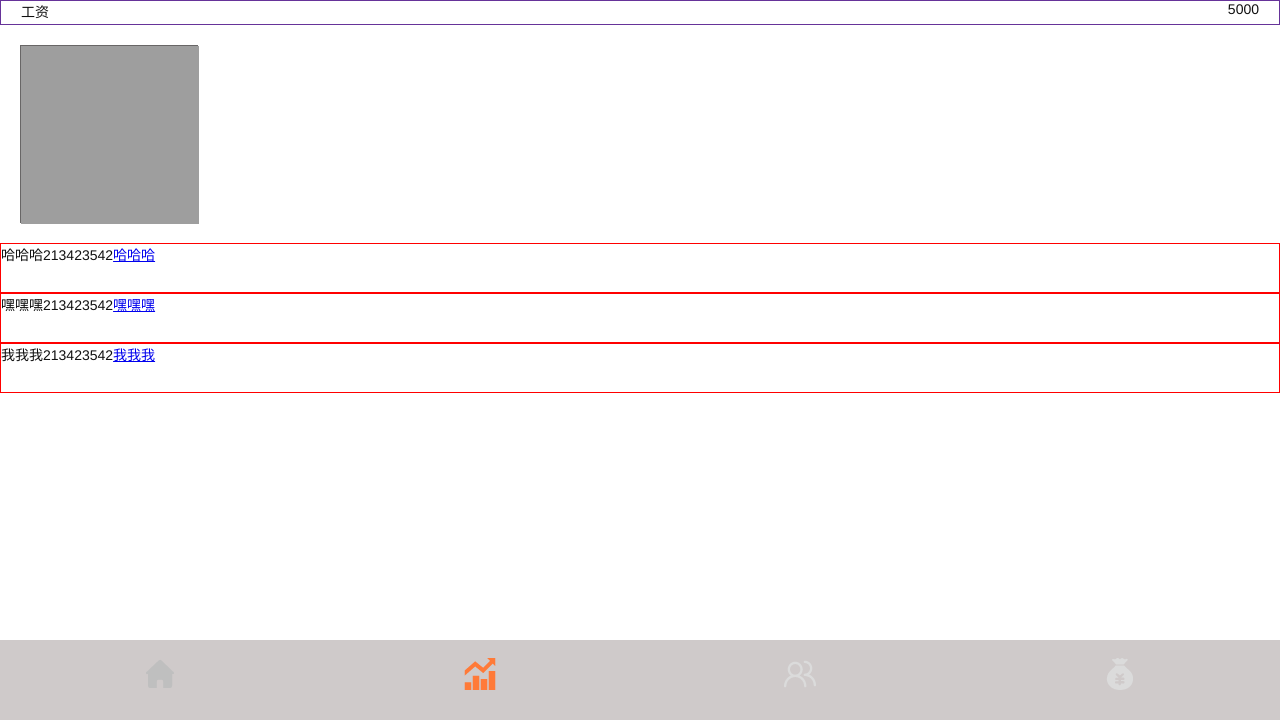
Repository: panlin520-team/lnmj-staffH5
Page: /#/salary
The author's editor kept a copy of each file at every save. The page is drawn from the files as they stood at one save, then again after a run of saves.
The browser window is 1280 px wide. The pictures show the whole page.
Pictures or frames that could not be fetched are drawn as grey boxes. The project was rebuilt for these pictures with package versions that can differ from the ones it lists, and the page was loaded fresh each time. Also part of the build but not shown: src/views/Lojin.vue.

Above is the page before, as saved 2020-04-09 16:18:36.

### src/main.js
import Vue from 'vue'
import App from './App.vue'
import router from './router'
import store from './store'
import ElementUI from 'element-ui'
import '@/assets/scss/reset.less'
import 'element-ui/lib/theme-chalk/index.css';
Vue.use(ElementUI)


Vue.config.productionTip = false

new Vue({
  router,
  store,
  render: h => h(App)
}).$mount('#app')

### src/App.vue
<template>
  <div id="app">
    <router-view />
  </div>
</template>
<script>
export default {
  data() {
    return {
    };
  },
  created() {},
  methods: {
  }
};
</script>
<style lang="less">
</style>

### src/router/index.js
import Vue from 'vue'
import VueRouter from 'vue-router'
import Lojin from '../views/Lojin.vue'

Vue.use(VueRouter)

const routes = [
  //首页登录
  {
    path: '/',
    name: 'Lojin',
    component: Lojin
  },
  //首页登录
  {
    path: '/Lojin',
    name: 'Lojin',
    component: Lojin
  },
  //用户注册
  {
    path: '/register',
    name: 'Register',
    component: () => import('../views/Register.vue')
  },
  //用户忘记密码
  {
    path: '/forgetpassword',
    name: 'Forgetpassword',
    component: () => import('../views/Forgetpassword.vue')
  },
  //登录首页
  {
    path: '/homepage',
    name: 'Homepage',
    component: () => import('../views/Homepage.vue')
  },
  //业绩
  {
    path: '/performance',
    name: 'Performance',
    component: () => import('../views/Performance.vue')
  },
  //组员
  {
    path: '/crew',
    name: 'Crew',
    component: () => import('../views/Crew.vue')
  },
  //工资
  {
    path: '/salary',
    name: 'Salary',
    component: () => import('../views/Salary.vue')
  },
]

const router = new VueRouter({
  routes
})

export default router

### src/assets/scss/reset.less
* {
  margin: 0;
  padding: 0;
}

div {
  box-sizing: border-box;
  -webkit-tap-highlight-color: rgba(0, 0, 0, 0);
  // -webkit-user-select: none;
}

img {
  border: 0;
}

ul,
ol {
  list-style: none;
}

textarea {
  // 禁止调节文本域尺寸
  resize: none;
  outline-style: none;
  -webkit-appearance: none;
}

input,
button {
  outline-style: none;
  box-sizing: border-box;
  border: none;
}

// 输入框提示文本颜色设置
input::-moz-focus-inner {
  border: 0;
}

input::-webkit-input-placeholder {
  /* WebKit browsers */
  color: #BBB;
}

input::-moz-placeholder {
  /* Mozilla Firefox 19+ */
  color: #BBB;
}

input:-ms-input-placeholder {
  /* Internet Explorer 10+ */
  color: #BBB;
}

html,
body {
  width: 100%;
  height: 100%;
}

body {
  background-color: #ffffff;
  font-family: "Helvetica Neue", Helvetica, "PingFang SC", "Hiragino Sans GB", "Microsoft YaHei", "微软雅黑", Arial, sans-serif;
  font-size: 14px;
  color: #101010;
}

#app {
  position: relative;
  width: 100%;
  height: 100%;
}

// 滚动条尺寸
div::-webkit-scrollbar {
  width: 10px;
  height: 10px;
}

// 滚动条内部方块
// div::-webkit-scrollbar-thumb {
//   border-radius: 10px;
//   box-shadow: inset 0 0 5px rgba(0, 0, 0, 0.2);
//   background: #52BD3A;
// }

// 滚动条轨道
// div::-webkit-scrollbar-track {
//   box-shadow: inset 0 0 5px rgba(0, 0, 0, 0.2);
//   border-radius: 10px;
//   background: rgba(0, 0, 0, 0.1);
// }

.topBand {
  width: 100%;
  height: 80px;
  background: #23A547;
  display: flex;
  position: fixed;
  top: 0;
  left: 0;
  z-index: 100;
}

.container {
  display: flex;
  background: #ffffff;
  padding-top: 80px;
  z-index: 99;
  height: 100%;

  .aside {
    width: 200px;
    min-width: 200px;
    overflow: hidden;
    white-space: nowrap;
    text-overflow: ellipsis;
    position: fixed;
    top: 80px;
    bottom: 0;
    left: 0;
  }

  .main {
    flex: 1;

    &.active {
      padding-left: 200px;
    }
  }
}

.footer {
  height: 80px;
  background: #23A547;
}

.scrollX {
  overflow-x: auto;
  overflow-y: hidden;
}

.scrollY {
  overflow-x: hidden;
  overflow-y: auto;
  width: 100%;
}

.popPage {
  position: fixed;
  top: 0;
  left: 0;
  width: 100%;
  height: 100%;
  padding: 20px;
  z-index: 100;
  background-color: #ffffff;
}

.nowrap {
  overflow: hidden;
  white-space: nowrap;
  text-overflow: ellipsis;
}

.btn-pointer {
  cursor: pointer;
}

### src/views/Salary.vue
 <!--工资-->
<template>
  <div class="salary">
    <div
      class="content"
      :style="{'height': (virtualHeight - 80)+'px','overflow':'auto','margin-bottom':80+'px'}"
    >
      <div class="wage">
        <label>工资</label>
        <span>{{salarywage}}</span>
      </div>
      <div class="uplodse">
        <el-upload
          class="avatar-uploader"
          action="https://jsonplaceholder.typicode.com/posts/"
          :show-file-list="false"
          :on-success="handleAvatarSuccess"
          :before-upload="beforeAvatarUpload"
        >
          <img v-if="imageUrl" :src="imageUrl" class="avatar" />
          <i v-else class="el-icon-plus avatar-uploader-icon"></i>
        </el-upload>
      </div>
      <div class="wwwobjext" v-for="item in dataondter" :key="item.id">
        <label>{{item.name}}</label>
        <span>{{item.number}}</span>
        <router-link :to="{ path: item.path }">{{item.name}}</router-link>
      </div>
    </div>

    <!-- 底部导航 -->
    <div class="switchoverBtn">
      <Btnnavigation></Btnnavigation>
    </div>
  </div>
</template>

<script>
//引入模块
import Btnnavigation from "@/components/Btnnavigation.vue";
export default {
  name: "salary",
  components: { Btnnavigation },
  data() {
    return {
      // 浏览器可视高度
      virtualHeight: window.innerHeight,
      //工资
      salarywage: "5000",
      imageUrl: "../assets/images/backcolor.jpg",
      dataondter: [
        {
          name: "哈哈哈",
          number: "213423542"
        },
        {
          name: "嘿嘿嘿",
          number: "213423542"
        },
        {
          name: "我我我",
          number: "213423542"
        }
      ]
    };
  },
  created() {},
  methods: {
    handleAvatarSuccess(res, file) {
      this.imageUrl = URL.createObjectURL(file.raw);
    },
    beforeAvatarUpload(file) {
      const isLt2M = file.size / 1024 / 1024 < 2;
      if (!isLt2M) {
        this.$message.error("上传头像图片大小不能超过 2MB!");
      }
      return isLt2M;
    }
  }
};
</script>

<style lang="less" scoped>
.salary {
  width: 100%;
  height: 100%;
  position: relative;
  .content {
    width: 100%;
    .wage {
      width: 100%;
      display: flex;
      justify-content: space-between;
      height: 25px;
      border: 1px solid rebeccapurple;
      padding: 0 20px;
    }
    .uplodse {
      width: 178px;
      height: 178px;
      border: 1px solid rgb(104, 102, 102);
      margin: 20px;
      .avatar-uploader .el-upload {
        border: 1px dashed #d9d9d9;
        border-radius: 6px;
        cursor: pointer;
        position: relative;
        overflow: hidden;
      }
      .avatar-uploader .el-upload:hover {
        border-color: #409eff;
      }
      .avatar-uploader-icon {
        font-size: 28px;
        color: #8c939d;
        width: 178px;
        height: 178px;
        line-height: 178px;
        text-align: center;
      }
      .avatar {
        width: 178px;
        height: 178px;
        display: block;
      }
    }
    .wwwobjext {
      width: 100%;
      height: 50px;
      border: 1px solid red;
    }
  }
  .switchoverBtn {
    position: absolute;
    bottom: 0;
    width: 100%;
    height: 80px;
    z-index: 999;
  }
}
</style>

### src/components/Btnnavigation.vue
 <!--底部导航-->
<template>
  <div class="btnnavigation">
    <!-- <div class="somenavigation" to="/homepage">
      <div class="navitnew">
      <router-link to="/homepage">首页</router-link>
      </div>
    </div> -->
    <router-link class="somenavigation" to="/homepage">
      <div class="navitnew">
        <img src="../assets/images/homepage.png" alt />
      </div>
    </router-link>
    <router-link class="somenavigation" to="/Performance">
      <div class="navitnew">
        <img src="../assets/images/performance.png" alt />
      </div>
    </router-link>
    <router-link class="somenavigation" to="/crew">
      <div class="navitnew">
        <img src="../assets/images/crew.png" alt />
      </div>
    </router-link>
    <router-link class="somenavigation" to="/salary">
      <div class="navitnew">
        <img src="../assets/images/wage.png" alt />
      </div>
    </router-link>
  </div>
</template>

<script>
export default {
  name: "btnnavigation",
  components: {},
  data() {
    return {
      operate: [
        { id: 1, name: "系统1", path: "/homepage" },
        { id: 2, name: "系统2", path: "/Performance" },
        { id: 3, name: "系统3", path: "/crew" },
        { id: 4, name: "系统4", path: "/salary" }
      ]
    };
  },
  created() {},
  methods: {
    change() {}
  }
};
</script>

<style lang="less" scoped>
.btnnavigation {
  width: 100%;
  height: 80px;
  position: fixed;
  bottom: 0;
  display: flex;
  background-color: rgb(207, 202, 202);
  .somenavigation {
    width: 25%;
    .navitnew {
      text-align: center;
      line-height: 90px;
      color: red;
    }
  }
}
</style>

Loaded but not shown: public/index.html (common file); src/store/index.js (common file)

After the next 2 saves:
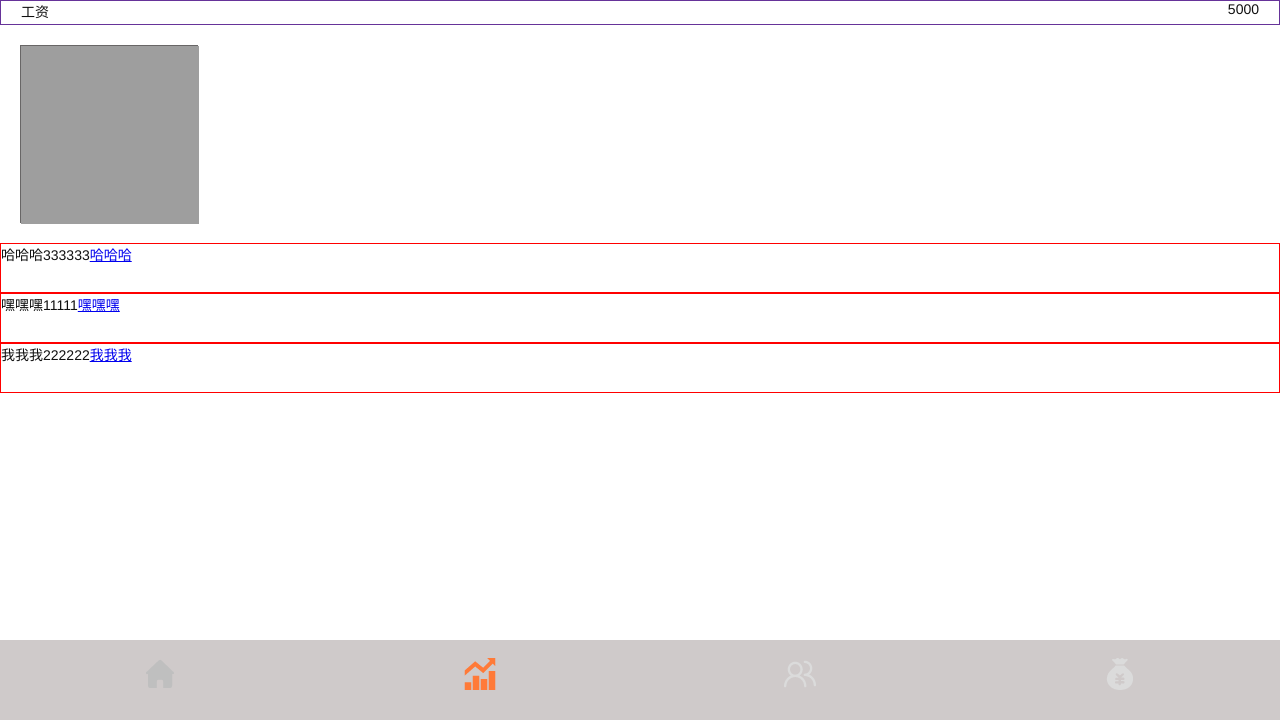
The 2 saves are shown as one change because they came seconds apart.
The last was saved 7 s later.
--- a/src/views/Salary.vue
+++ b/src/views/Salary.vue
@@ -51,15 +51,15 @@ export default {
       dataondter: [
         {
           name: "哈哈哈",
-          number: "213423542"
+          number: "333333"
         },
         {
           name: "嘿嘿嘿",
-          number: "213423542"
+          number: "11111"
         },
         {
           name: "我我我",
-          number: "213423542"
+          number: "222222"
         }
       ]
     };
